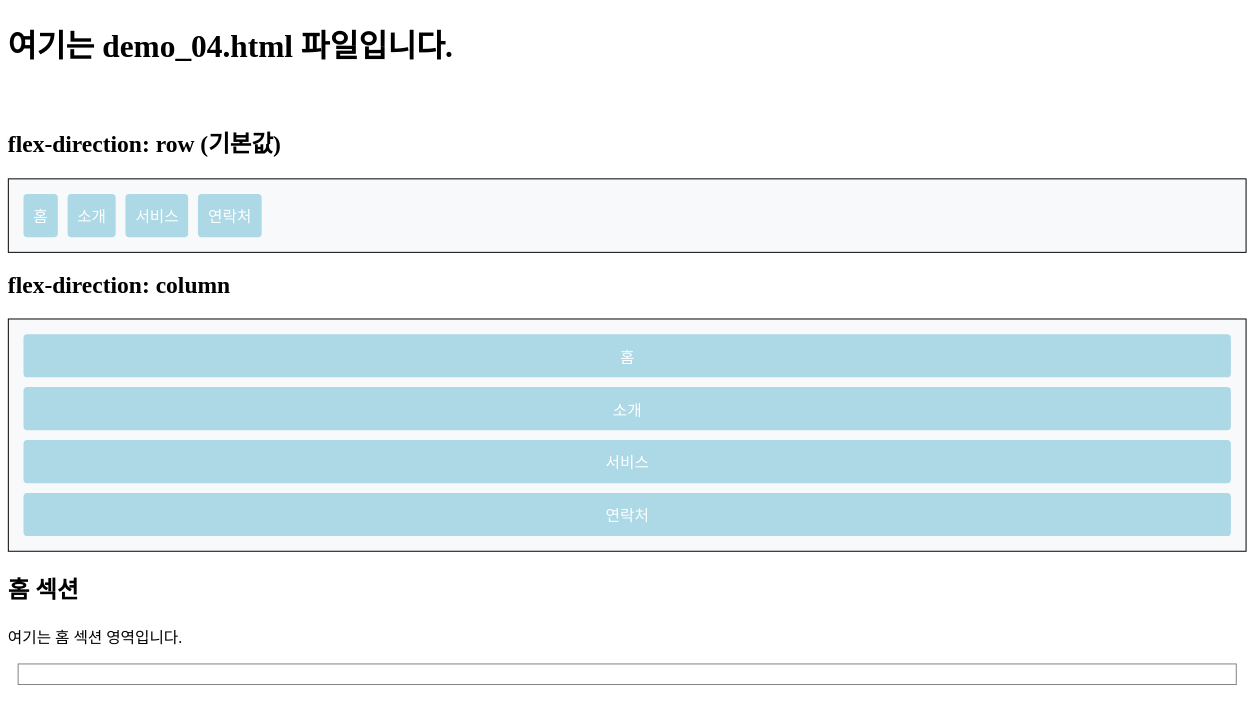
Repository: kimmingyeong225/totalJSP
Page: class_flexbox_011/src/main/webapp/demo_04.html
The author's editor kept a copy of each file at every save. The page is drawn from the files as they stood at one save, then again after the next save.
The browser window is 1280 px wide. The pictures show the whole page, at 98% of full size.

Above is the page before, as saved 2024-07-01 01:27:56.

### class_flexbox_011/src/main/webapp/demo_04.html
<!DOCTYPE html>
<html>
<head>
<meta charset="UTF-8">
<title>인라인 블록 요소 예시</title>
<style type="text/css">
    .navbar1{
        display:flex;
        border: 1px solid black;
        background-color: #f8f9fa;
        padding: 10px;
    }
    .nav-item1{
        margin:5px;
        padding:10px;
        background-color:lightblue;
        color: white;
        text-align: center;
        border-radius:4px;
        text-decoration: none;
    }
    .navbar2{
        display:flex;
        border: 1px solid black;
        background-color: #f8f9fa;
        padding: 10px;
        flex-direction: column;
    }
    .nav-item2{
        margin:5px;
        padding:10px;
        background-color:lightblue;
        color: white;
        text-align: center;
        border-radius:4px;
        text-decoration: none;
    }
    .content1{
        margin: 10px;
        display:flex;
        border: 1px solid gray;
        padding: 10px;
    }

</style>
</head>
<body>
    <!-- http://localhost:8080/demo1/demo_04.html -->
    <h1>여기는 demo_04.html 파일입니다.</h1>
    <br>

    <h2>flex-direction: row (기본값)</h2>
        <div class="navbar1">
            <a href="#home" class="nav-item1">홈</a>
            <a href="#about" class="nav-item1">소개</a>
            <a href="#services" class="nav-item1">서비스</a>
            <a href="#contact" class="nav-item1">연락처</a>
        </div>

    <h2>flex-direction: column</h2>
        <div class="navbar2">
            <a href="#home" class="nav-item2">홈</a>
            <a href="#about" class="nav-item2">소개</a>
            <a href="#services" class="nav-item2">서비스</a>
            <a href="#contact" class="nav-item2">연락처</a>
        </div>

    <div>
    	<h2>홈 섹션</h2>
    	<p>여기는 홈 섹션 영역입니다. </p>
    </div>

    <div class="content1">
    </div>

</body>
</html>

After the next save:
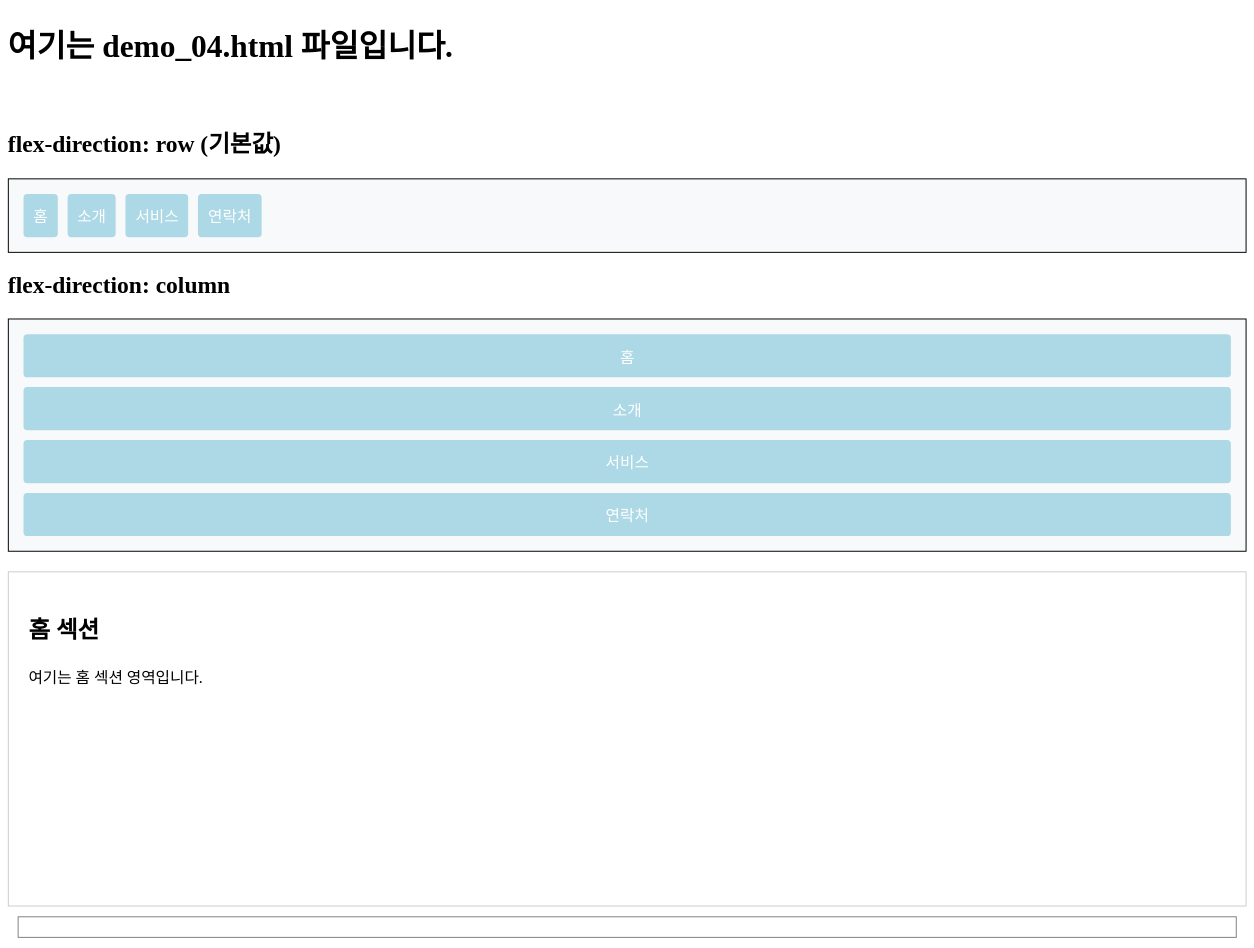
Saved 2 min 2 s later.
--- a/class_flexbox_011/src/main/webapp/demo_04.html
+++ b/class_flexbox_011/src/main/webapp/demo_04.html
@@ -42,6 +42,14 @@
         padding: 10px;
     }
 
+    .section {
+    	height: 300px;
+    	padding: 20px;
+    	margin-top: 20px;
+    	border: 1px solid #CCC;
+
+    }
+
 </style>
 </head>
 <body>
@@ -65,7 +73,7 @@
             <a href="#contact" class="nav-item2">연락처</a>
         </div>
 
-    <div>
+    <div class="section">
     	<h2>홈 섹션</h2>
     	<p>여기는 홈 섹션 영역입니다. </p>
     </div>
